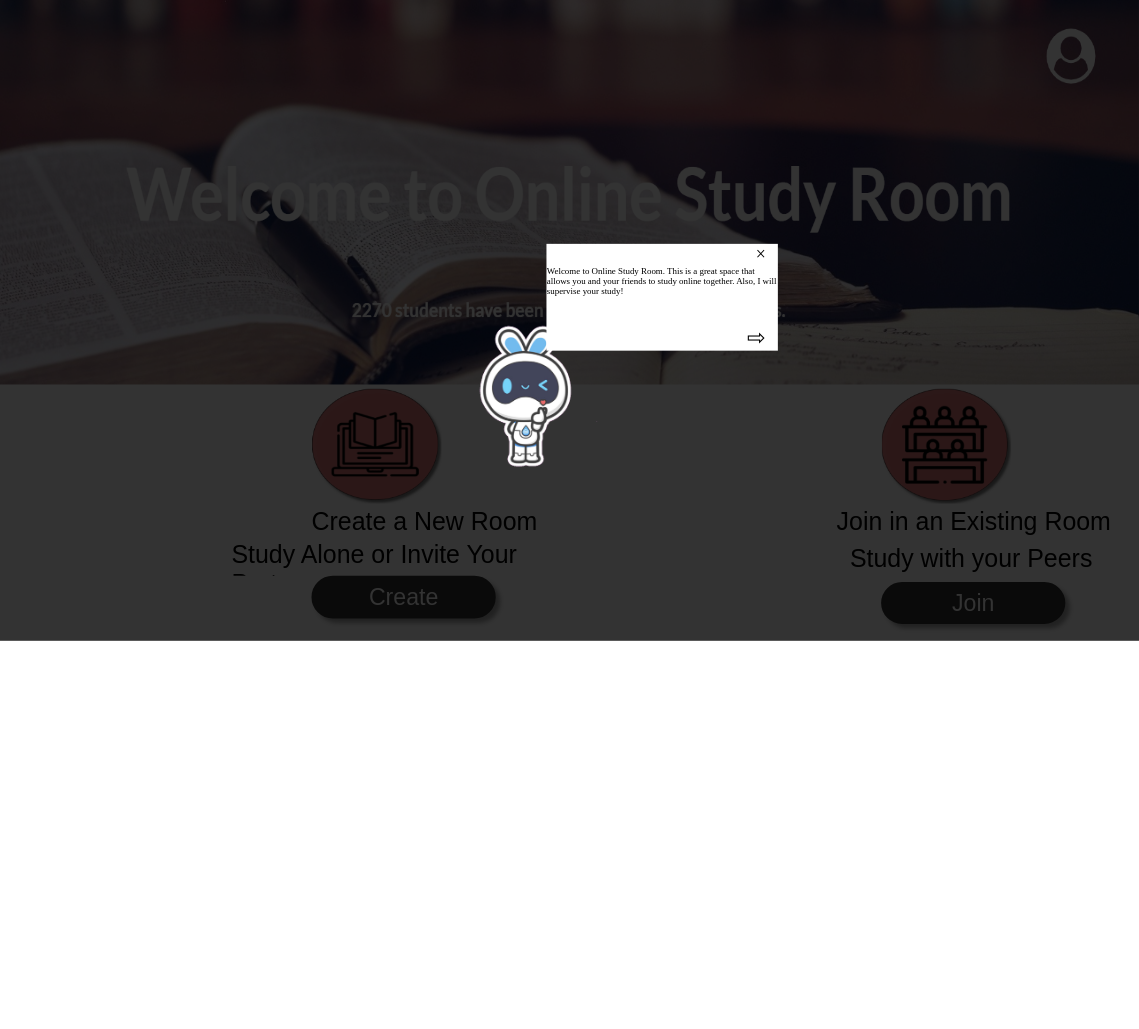
Repository: Team-Extrememe/Online-Study-Room
Page: home.html
These files come from the project's save history. The page is drawn as it stood at one moment and after the next save; the edit follows.
The browser window is 1280 px wide. The pictures show the whole page, at 89% of full size.

Above is the page before, as saved 2021-10-08 12:59:15.
Console error: TypeError: Cannot set properties of null (setting 'onclick')

After the next save:
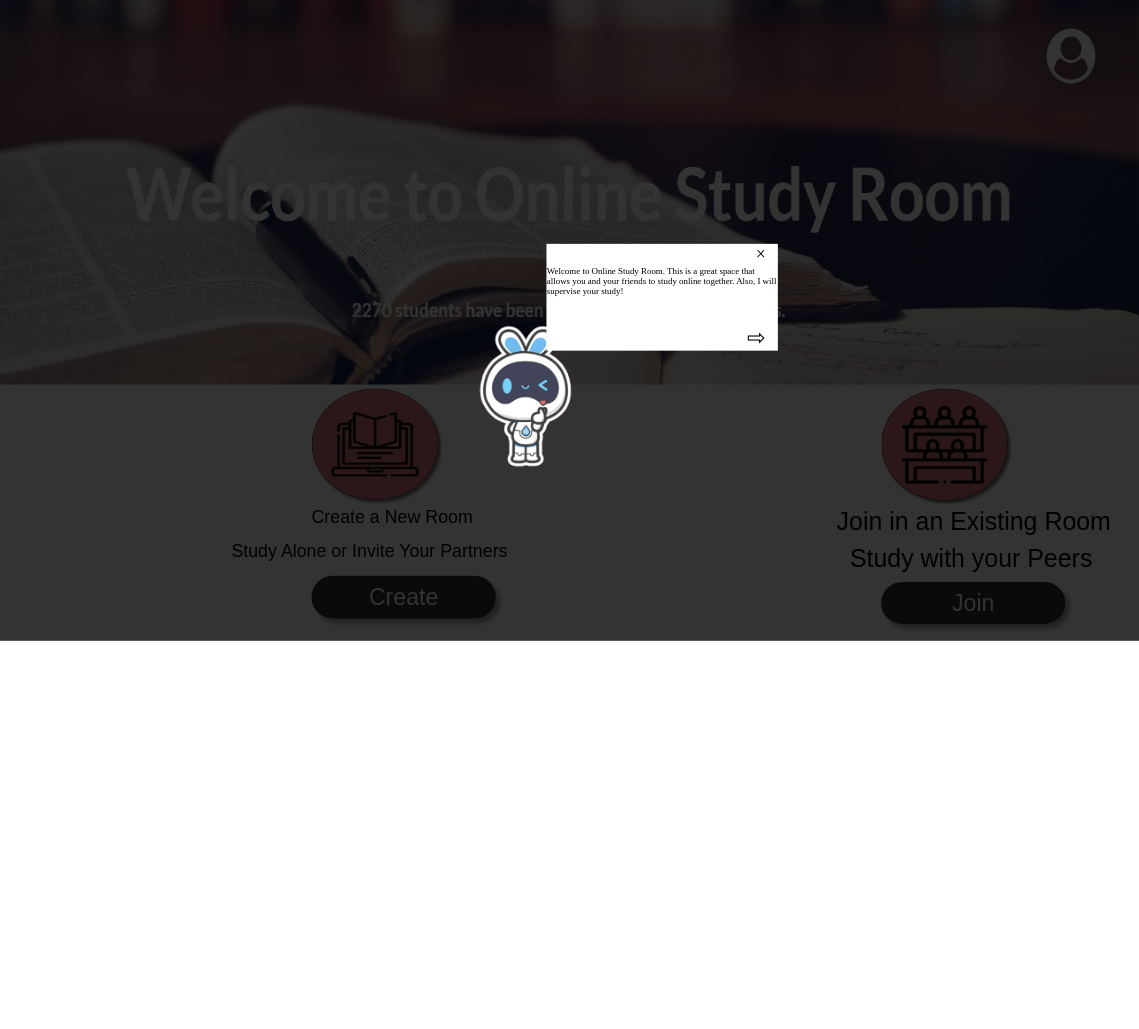
Saved 5 min 35 s later.
--- a/css/style.css
+++ b/css/style.css
@@ -190,6 +190,19 @@ input[type="submit"]:hover{
     font-size: 28px;
 }
 
+@media screen and (max-device-width: 1360px){
+    .create_text span{
+        word-break: normal;
+        width: auto;
+        display: block;
+        white-space: pre-wrap;
+        word-wrap: break-word;
+        overflow: hidden;
+        padding-bottom: 10px;
+        font-size: 20px;
+    }
+}
+
 .create_text span:nth-of-type(2){
     /* position: relative;
     left: -90px; */
